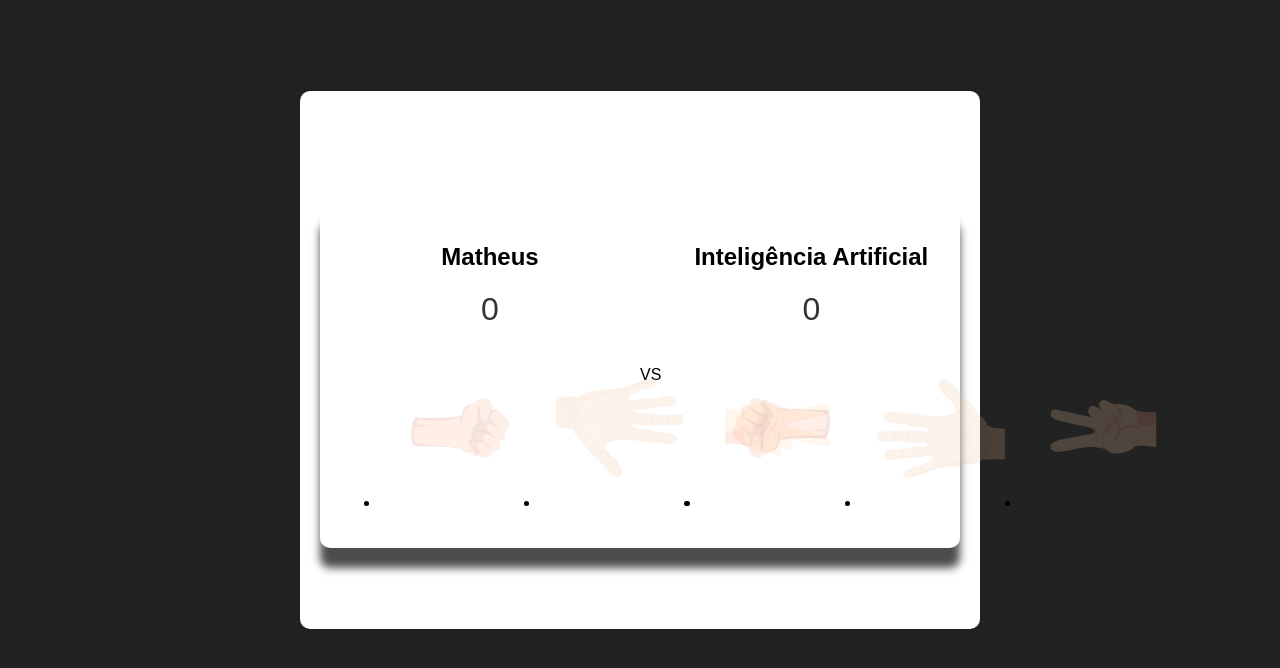
Repository: Matheus904-12/Pedra-Papel
Page: index.html
An editor plug-in stored every save of this project. The page is shown before and after a run of saves, followed by the edit.
The browser window is 1280 px wide. The pictures show the whole page.

Above is the page before, as saved 2023-08-28 22:16:50.

After the next 2 saves:
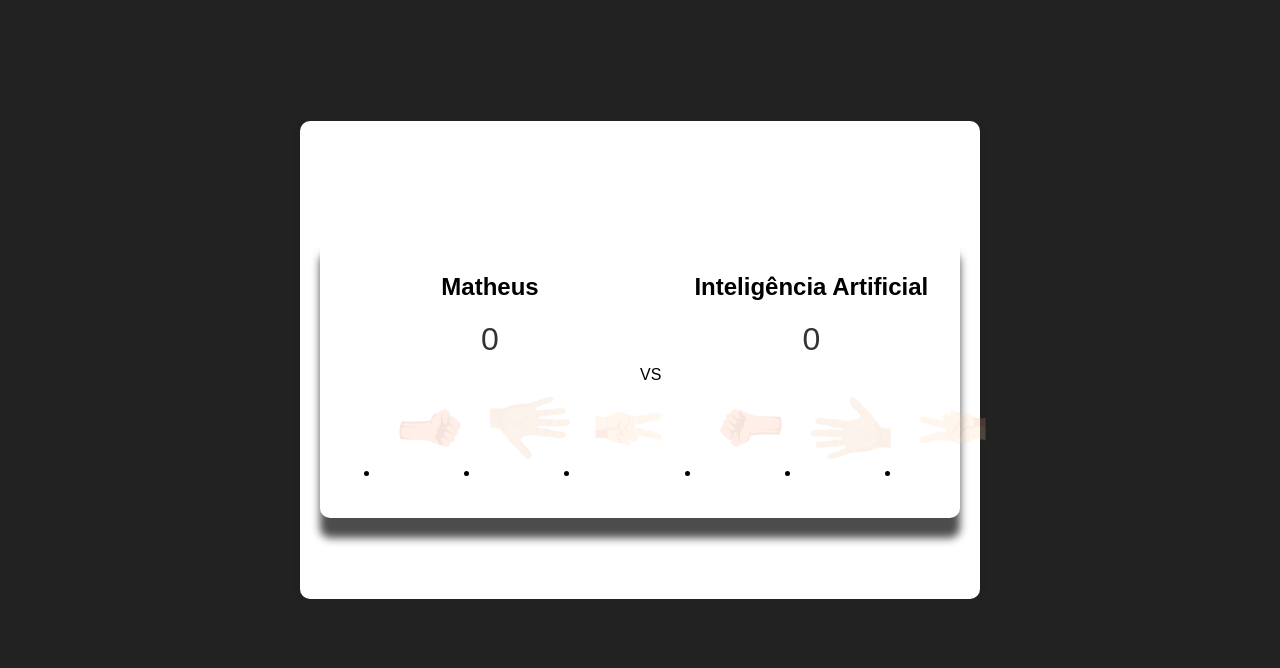
The 2 saves are shown as one change because they came seconds apart.
The last was saved 30 s later.
--- a/style.css
+++ b/style.css
@@ -77,7 +77,7 @@ body {
 }
 
 .escolhas img {
-    max-width: 160px;
+    max-width: 100px;
     cursor: pointer;
     transition: transform 0.3s ease;
 }
